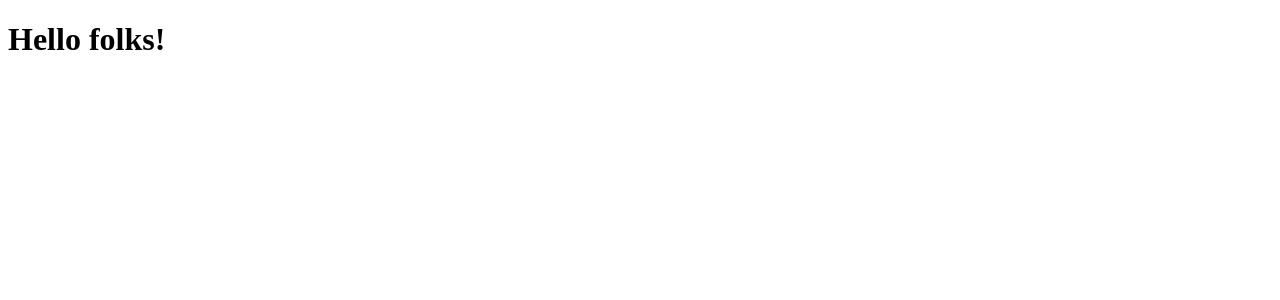
Repository: aakriti-tech/GlobalLogic
Page: Akki/WebContent/index.html
The author's editor kept a copy of each file at every save. The page is drawn from the files as they stood at one save, then again after the next save.
The browser window is 1280 px wide. The pictures show the whole page.

Above is the page before, as saved 2022-08-01 05:31:26.

After the next save:
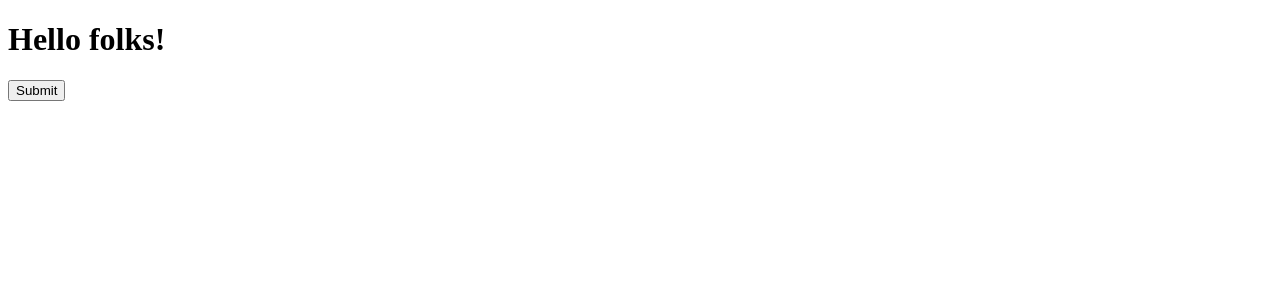
Saved 23 s later.
--- a/Akki/WebContent/index.html
+++ b/Akki/WebContent/index.html
@@ -10,6 +10,7 @@ background: pink;
 <body>
 
 <h1>Hello folks!</h1>
+<button>Submit</button>
 
 </body>
 </html>
